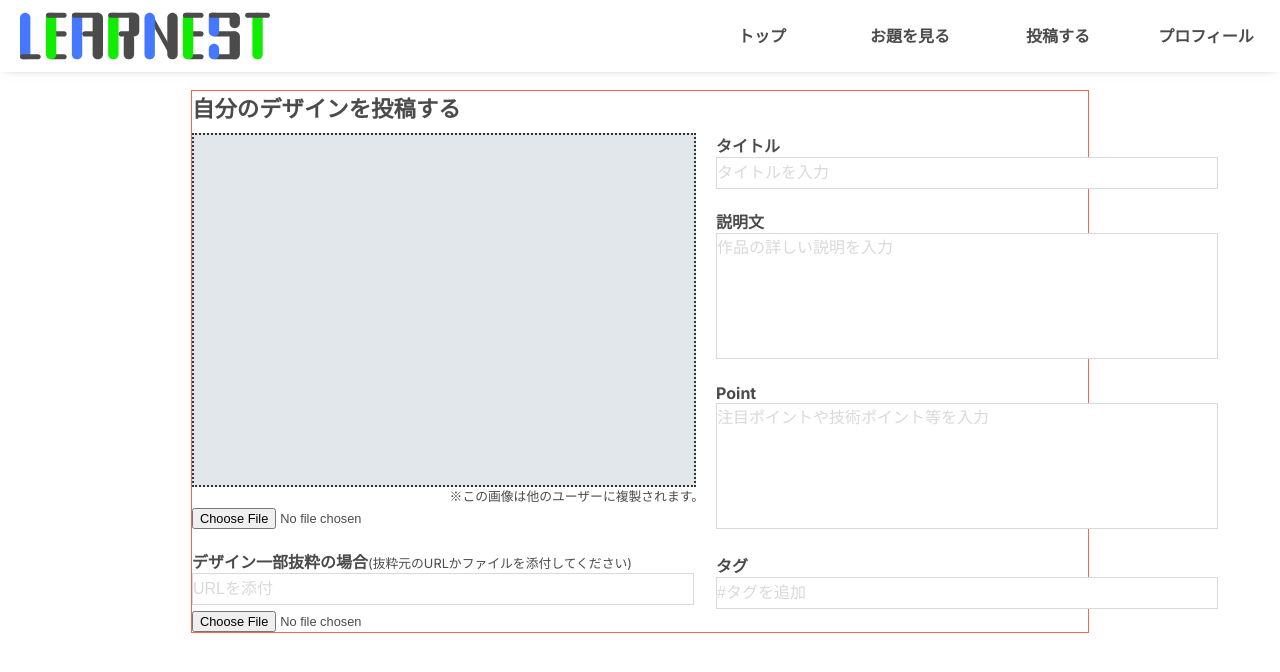
Repository: KawakamiAyaka/Learnest
Page: /inputPost
An editor plug-in stored every save of this project. The page is shown before and after the next save, followed by the edit.
The browser window is 1280 px wide. The pictures show the whole page.
The project was rebuilt for these pictures with package versions that can differ from the ones it lists, and the page was loaded fresh each time. The framework's server and built-in components were replaced by stand-ins that run in the browser. Also part of the build but not shown: next.config.mjs.

Above is the page before, as saved 2024-07-12 11:59:05.

### src/app/layout.tsx
import type { Metadata } from "next";
import { Inter } from "next/font/google";
import "./globals.css";
import Header from "@/Components/Header/Header";


const inter = Inter({ subsets: ["latin"] });

export const metadata: Metadata = {
  title: "learnest",
  description: "Generated by create next app",
};

export default function RootLayout({
  children,
}: Readonly<{
  children: React.ReactNode;
}>) {
  return (
    <html lang="ja">
      <body className={inter.className}>
        < Header/>
        {children}
      </body>
    </html>
  );
}

### src/app/inputPost/page.tsx
import style from "@/app/inputPost/inputPost.module.scss"

export default function inputPost() {
    return (
        <>
            <main className={style.input}>
                <h2 className={style.Title}>自分のデザインを投稿する</h2>
                <div className={style.inputWrap}>
                    <div>
                        <div className={style.inputFile}>
                            <p className={style.Notes}>※この画像は他のユーザーに複製されます。</p>
                        </div>
                        <input className={style.selectFile}type="file" />
                        <div className={style.ExcerptWrap}>
                            <h3>デザイン一部抜粋の場合<span>(抜粋元のURLかファイルを添付してください)</span></h3>
                            <input className={style.inputUrl} type="url" placeholder="URLを添付" name="URL"/>
                        </div>
                            <input className={style.selectFile} type="file" />
                    </div>
                    <div>
                        <h3>タイトル</h3>
                        <input className={style.inputTitle} type="text" placeholder="タイトルを入力" name="title"/>
                        <h3>説明文</h3>
                        <textarea className={style.explanation}  placeholder="作品の詳しい説明を入力" name="explanation"/>
                        <h3>Point</h3>
                        <textarea className={style.Point} placeholder="注目ポイントや技術ポイント等を入力"/>
                        <h3>タグ</h3>
                        <input className={style.tag} type="text" placeholder="#タグを追加"/>
                    </div>
                </div>
            </main>
        </>
    )
}

### src/app/globals.css
*{
  margin: 0;
  padding: 0;
  font-size: 16px;
  user-select: none;
  color: #4B4B4B;
  text-decoration: none;
}

### src/Components/Header/Header.tsx
// 'use client';
import Image from 'next/image'
import style from "@/Components/Header/Header.module.scss"
import Link from 'next/link';

export default function Header(){
    return(
        <>
            <header style={{
                        background:'white',
                        boxShadow:'0px 0px 10px -5px #777777',
                        width:'100%',
                        height:'10vh',
                        position:'fixed',
                        zIndex:'1000',
                        top:'0',
                        display:'flex',
                        alignItems:'center',
                        justifyContent:'space-between'
                    }}>
                <Image
                style={{marginLeft:'20px'}}
                src="LearnestLogo.svg"
                width={250}
                height={96}
                alt="larnestのロゴ"
                />
                <nav>
                    <ul style={{
                            display:'flex',
                            listStyleType:'none'
                        }}>
                        <li style={{
                                margin:'0 10px',
                                width:'8rem',
                                height:'2.5rem',
                                textAlign:'center',
                                lineHeight:'2.5rem'
                            }}>
                            <Link href="/"
                                style={{
                                    position:'relative',
                                    textDecoration:'none',
                                    fontWeight:'bold'
                                }}
                                className={style.Link}>トップ</Link>
                        </li>
                        <li style={{
                                margin:'0 10px',
                                width:'8rem',
                                height:'2.5rem',
                                textAlign:'center',
                                lineHeight:'2.5rem'
                            }}>
                            <Link href="/themaPost"
                                style={{
                                    position:'relative',
                                    textDecoration:'none',
                                    fontWeight:'bold'
                                }}
                                className={style.Link}>お題を見る</Link>
                        </li>
                        <li style={{
                                margin:'0 10px',
                                width:'8rem',
                                height:'2.5rem',
                                textAlign:'center',
                                lineHeight:'2.5rem'
                            }}>
                            <Link href="/inputPost"
                                style={{
                                    position:'relative',
                                    textDecoration:'none',
                                    fontWeight:'bold'
                                }}
                                className={style.Link}>投稿する</Link>
                        </li>
                        <li style={{
                                margin:'0 10px',
                                width:'8rem',
                                height:'2.5rem',
                                textAlign:'center',
                                lineHeight:'2.5rem'
                            }}>
                            <Link href="/profile"
                                style={{
                                    position:'relative',
                                    textDecoration:'none',
                                    fontWeight:'bold'
                                }}
                                className={style.Link}>プロフィール</Link>
                        </li>
                    </ul>
                </nav>
            </header>
        </>
    )
}

### src/app/inputPost/inputPost.module.scss
.input{
    margin: 0 auto;
    margin-top: 90px;
    width: 70%;
    border: 1px tomato solid;
    // display: flex;
    // flex-flow: column;
    // justify-content: center;
    // align-items: center;

    .Title{
        font-size: 1.4rem;
        margin-bottom: 10px;
    }

    .inputWrap{
        display: flex;
        gap: 20px;

        .inputFile{
            background: #E2E7EC;
            width: 500px;
            height: 350px;
            border: dotted 2px #333;
            position: relative;
            margin-bottom: 20px;

            .Notes{
                position: absolute;
                bottom: -20px;
                right: -10px;
                font-size: 0.8rem;
            }
        }

        .selectFile{
            font-size: 0.8rem;
        }

        .ExcerptWrap{
            margin: 20px 0 5px 0;
            h3{
                span{
                    font-size: 0.8rem;
                    font-weight: normal;
                }
            }
            .inputUrl{
                width: 500px;
                height: 30px;
                border: #d9d9d9 1px solid;
                font-weight: normal;

            }
            .inputUrl::placeholder {
                color: #d9d9d9;
            }

            .inputUrl:focus::placeholder {
                color: transparent;
            }
        }
        .inputTitle{
            width: 500px;
            height: 30px;
            margin-bottom: 20px;
            border: #d9d9d9 1px solid;
            font-weight: normal;

        }
        .inputTitle::placeholder {
            color: #d9d9d9;
        }

        .inputTitle:focus::placeholder {
            color: transparent;
        }

        .explanation{
            width: 500px;
            height: 124px;
            margin-bottom: 20px;
            border: #d9d9d9 1px solid;

        }
        .explanation::placeholder {
            color: #d9d9d9;
        }

        .explanation:focus::placeholder {
            color: transparent;
        }

        .Point{
            width: 500px;
            height: 124px;
            margin-bottom: 20px;
            border: #d9d9d9 1px solid;

        }
        .Point::placeholder {
            color: #d9d9d9;
        }

        .Point:focus::placeholder {
            color: transparent;
        }

        textarea{
            resize: none;
        }

        .tag{
            width: 500px;
            height: 30px;
            margin-bottom: 20px;
            border: #d9d9d9 1px solid;

        }
        .tag::placeholder {
            color: #d9d9d9;
        }

        .tag:focus::placeholder {
            color: transparent;
        }
    }
}

### src/Components/Header/Header.module.scss

.Link{
    &::after{
        position: absolute;
        bottom: -5px;
        left: 0;
        content: "";
        width: 100%;
        height: 3px;
        background: #6084E7;
        // border-radius: 50vh;
        transform: scaleX(0);
        transform-origin: center top;
        transition: transform 0.3s;
    }

    &:hover::after{
        transform: scaleX(1);
        transform-origin: center top;
    }
}

After the next save:
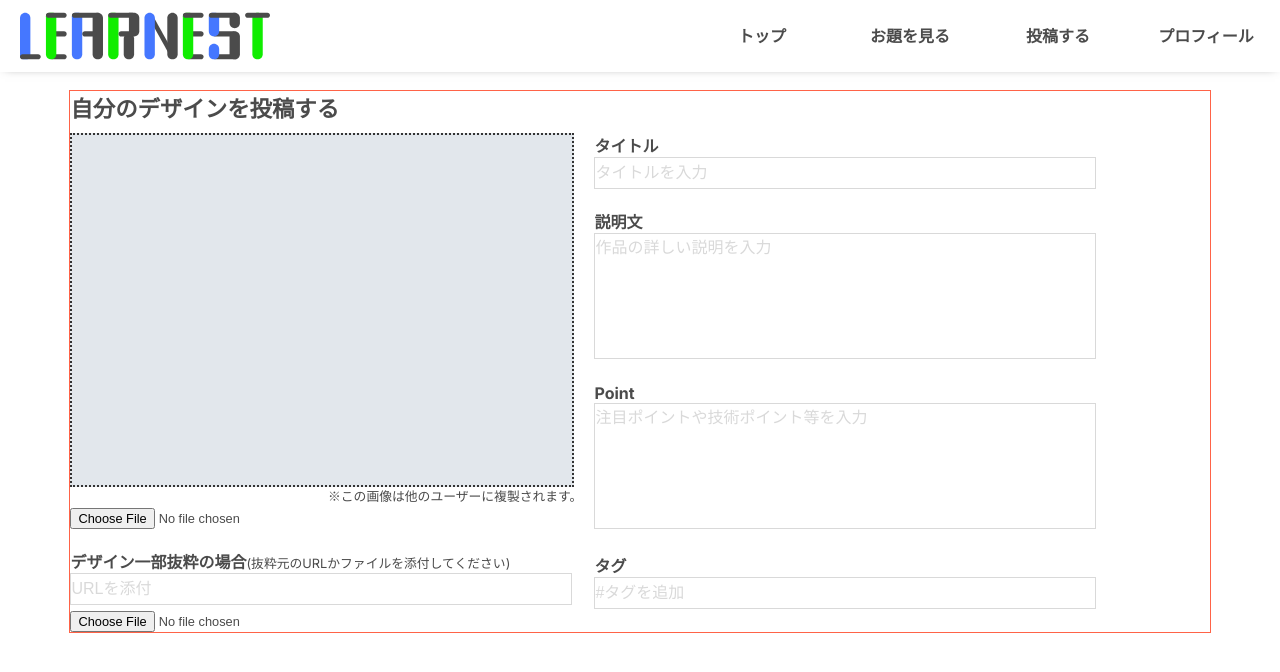
Saved 6 s later.
--- a/src/app/inputPost/inputPost.module.scss
+++ b/src/app/inputPost/inputPost.module.scss
@@ -1,7 +1,7 @@
 .input{
     margin: 0 auto;
     margin-top: 90px;
-    width: 70%;
+    width: 89%;
     border: 1px tomato solid;
     // display: flex;
     // flex-flow: column;
